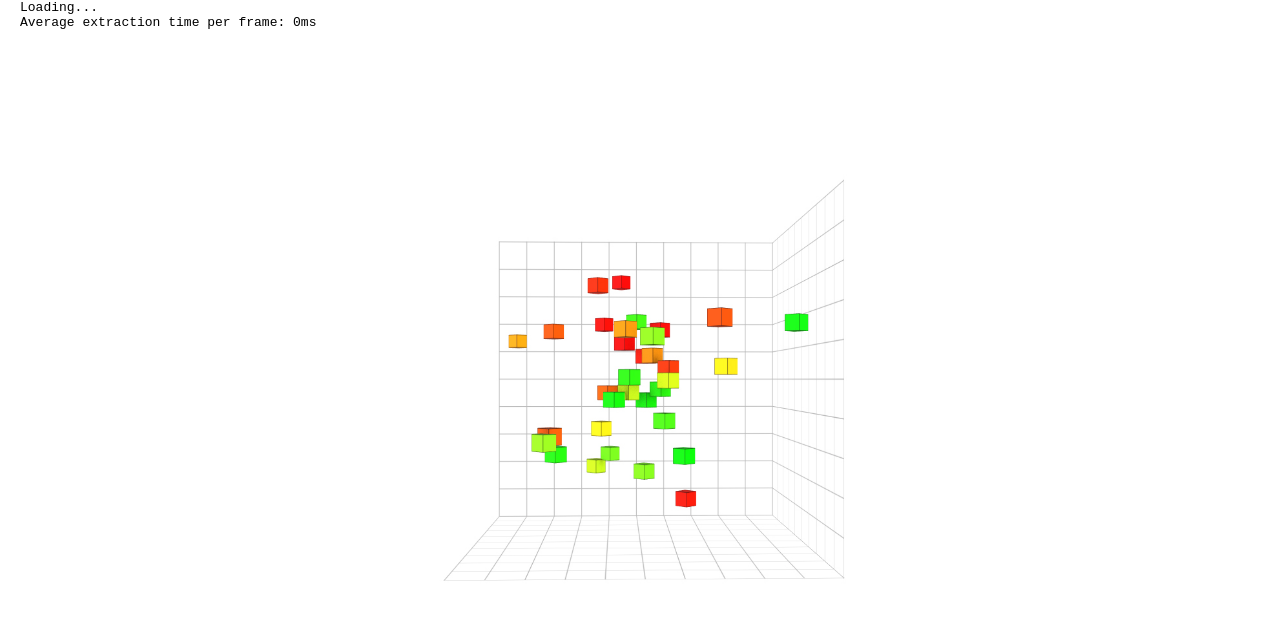
Repository: ceeskaan/ceeskaan.github.io
Page: index.html
The author's editor kept a copy of each file at every save. The page is drawn from the files as they stood at one save, then again after the next save.
The browser window is 1280 px wide. The pictures show the window.
A layer covers the whole window, so only the first screen is drawn. Some web libraries are served in a nearby version.

Above is the page before, as saved 2022-02-09 20:52:39.
Console error (its wording comes from the project's code and is left out).

After the next save:
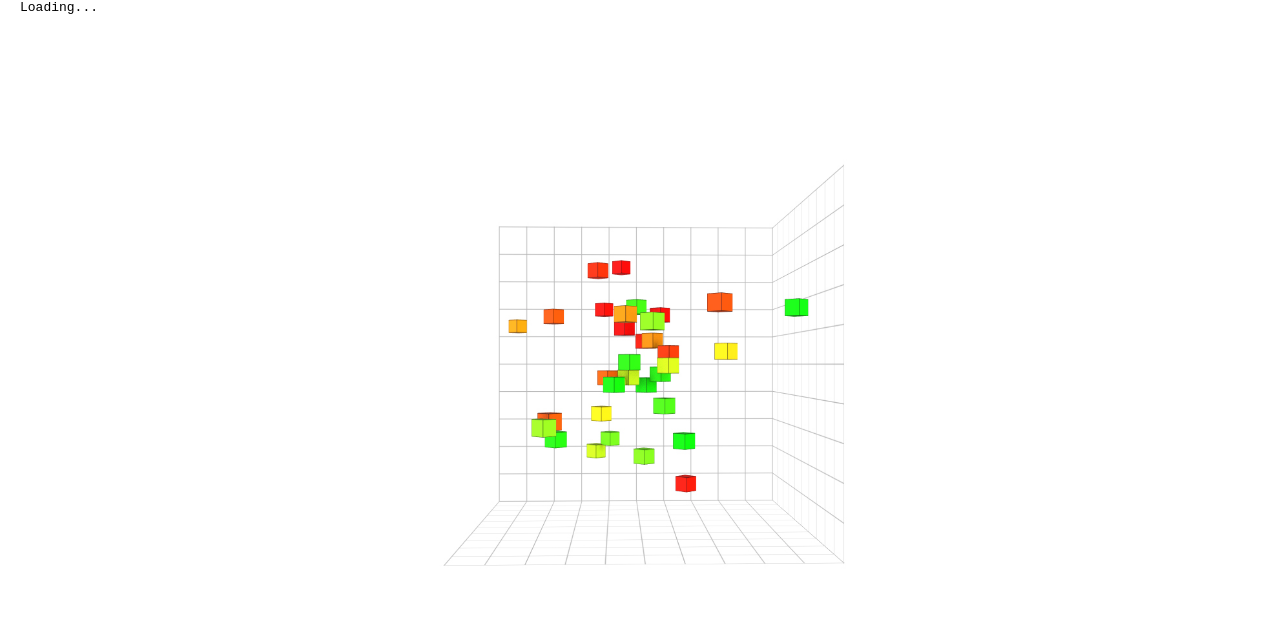
Saved 24 s later.
--- a/assets/frame-unpacker.js
+++ b/assets/frame-unpacker.js
@@ -41,7 +41,6 @@ const FrameUnpacker = (() => {
         bitmaps.map(bitmap => frames.push(bitmap.bitmap));
 
         const timeDelta = performance.now() - timeStart;
-        log(`Average extraction time per frame: ${timeDelta / (end - start)}ms`);
 
         return frames;
     };
